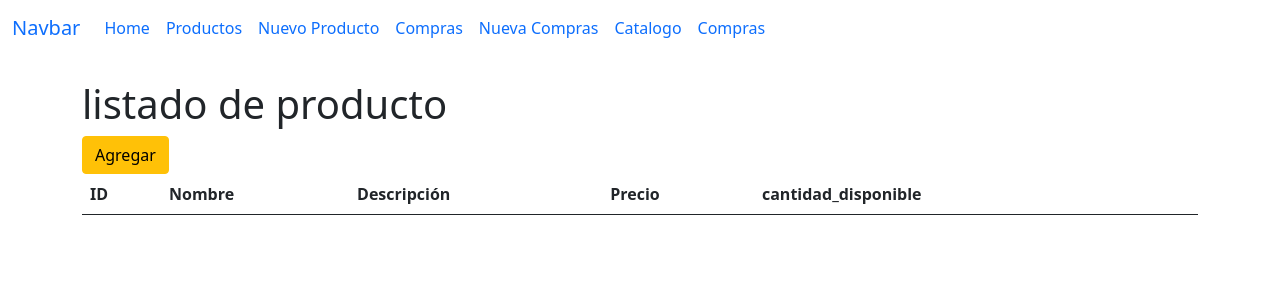
Repository: pedromv753/lp2
Page: http://localhost/listarProductos
These files come from the project's save history. The page is drawn as it stood at one moment and after a run of saves; the edit follows.
The browser window is 1280 px wide. The pictures show the whole page.
The page is this project's Thymeleaf template; nobody is signed in. The template is opened directly, without the code that normally fills it, so the values that code supplies are empty.

Above is the page before, as saved 2023-10-20 16:34:05.

### inventario/proyectoinventario/src/main/resources/templates/listarProductos.html
<!DOCTYPE html>
<html xmlns="http://www.w3.org/1999/xhtml" xmlns:th="http://www.thymeleaf.org">

<head>
	<meta charset="UTF-8">
	<title>catalogo</title>

	<!-- Agrega la referencia al CSS de Bootstrap -->
	<link rel="stylesheet" href="https://cdn.jsdelivr.net/npm/bootstrap@5.0.2/dist/css/bootstrap.min.css">

	<!-- jQuery -->
	<script src="https://code.jquery.com/jquery-3.6.0.min.js"></script>
	<script src="https://cdn.jsdelivr.net/npm/bootstrap@5.0.2/dist/js/bootstrap.min.js"></script>
</head>

<body>

	<header>
		<nav class="navbar navbar-expand-lg bg-body-tertiary">
			<div class="container-fluid">
				<a class="navbar-brand" href="#">Navbar</a>
				<button class="navbar-toggler" type="button" data-bs-toggle="collapse"
					data-bs-target="#navbarNavAltMarkup" aria-controls="navbarNavAltMarkup" aria-expanded="false"
					aria-label="Toggle navigation">
					<span class="navbar-toggler-icon"></span>
				</button>
				<div class="collapse navbar-collapse" id="navbarNavAltMarkup">
					<div class="navbar-nav">
						<a class="nav-link active" aria-current="page" href="#">Home</a>
						<a class="nav-link" href="/productos/">Productos</a>
						<a class="nav-link" href="/productos/nuevo">Nuevo Producto</a>
						<a class="nav-link" href="/compras/">Compras</a>
						<a class="nav-link" href="/compras/nuevo">Nueva Compras</a>
						<a class="nav-link" href="#">Catalogo</a>
						<a class="nav-link" href="#">Compras</a>
					</div>
				</div>
			</div>
		</nav>
	</header>

	<div class="container mt-4">
		<h1>listado de producto</h1>
		<a href="nuevo" class="btn btn-warning">Agregar</a>
		<!-- Agrega una tabla con estilos de Bootstrap -->
		<table class="table table-striped">
			<thead>
				<tr>
					<th>ID</th>
					<th>Nombre</th>
					<th>Descripción</th>
					<th>Precio</th>
					<th>cantidad_disponible</th>
					<th></th>
				</tr>
			</thead>
			<tbody>
				<!-- Itera sobre la lista de medicamentos y muestra cada medicamento -->
				<tr th:each="productos : ${productos}">
					<td th:text="${productos.id}"></td>
					<td th:text="${productos.nombre}"></td>
					<td th:text="${productos.descripcion}"></td>
					<td th:text="${productos.precio}"></td>
					<td th:text="${productos.cantidad_disponible}"></td>
					<td>
						<a class="btn btn-danger" th:attr="href=|/productos/eliminar/${productos.id}|">Eliminar</a>
						<a class="btn btn-success" th:attr="href=|/productos/editar/${productos.id}|">Editar</a>
					</td>

				</tr>
			</tbody>
		</table>
	</div>
</body>

</html>

After the next 2 saves:
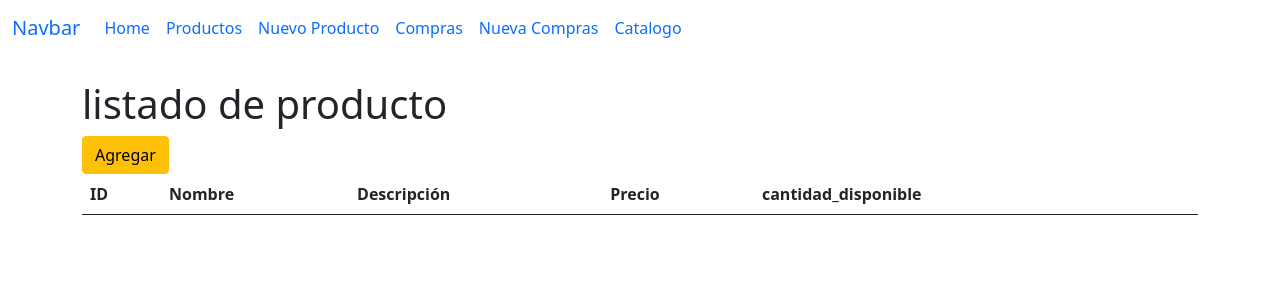
The 2 saves are shown as one change because they came seconds apart.
The last was saved 13 s later.
--- a/inventario/proyectoinventario/src/main/resources/templates/listarProductos.html
+++ b/inventario/proyectoinventario/src/main/resources/templates/listarProductos.html
@@ -31,8 +31,7 @@
 						<a class="nav-link" href="/productos/nuevo">Nuevo Producto</a>
 						<a class="nav-link" href="/compras/">Compras</a>
 						<a class="nav-link" href="/compras/nuevo">Nueva Compras</a>
-						<a class="nav-link" href="#">Catalogo</a>
-						<a class="nav-link" href="#">Compras</a>
+						<a class="nav-link" href="/catalogo/">Catalogo</a>
 					</div>
 				</div>
 			</div>
